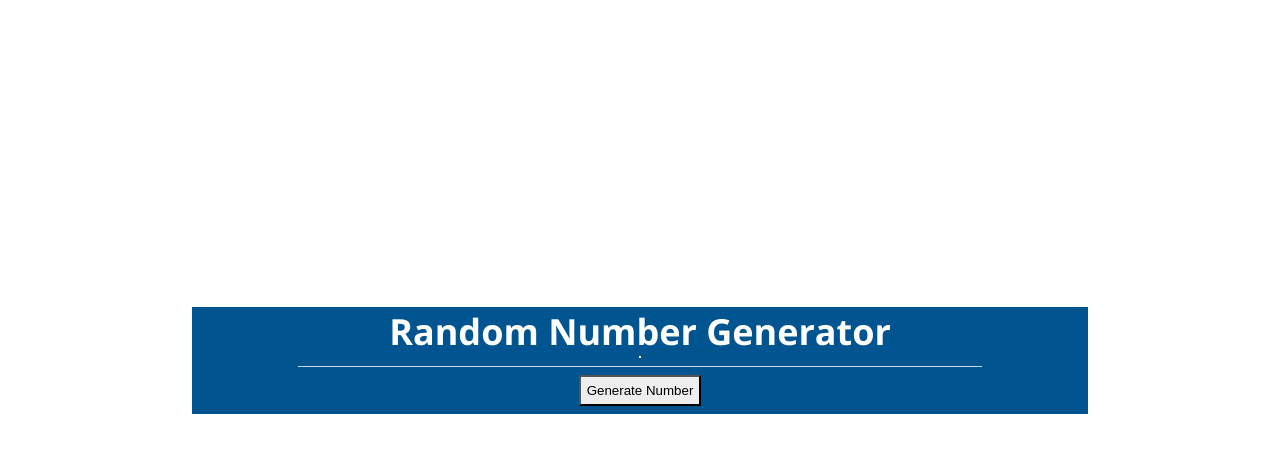
Repository: fakebrianho/100daysJS
Page: day002/index.html
The author's editor kept a copy of each file at every save. The page is drawn from the files as they stood at one save, then again after the next save.
The browser window is 1280 px wide. The pictures show the whole page.
Some web libraries are served in a nearby version.

Above is the page before, as saved 2023-03-21 19:36:43.

### day002/index.html
<!DOCTYPE html>
<html lang="en">

<head>
  <meta charset="UTF-8" />
  <meta name="viewport" content="width=device-width, initial-scale=1.0" />
  <title>Document</title>
  <script src="https://kit.fontawesome.com/1935d064dd.js" crossorigin="anonymous"></script>
  <link rel="stylesheet" href="styles.css" />
</head>

<body>
  <main>
    <section class='container'>
      <h1 class='title'>Random Number Generator</h1>
      <div class='number'>
      </div>
      <div class='divider'></div>
      <button class='generate'>Generate Number</button>
    </section>
  </main>

  <script src="script.js"></script>
</body>

</html>

### day002/styles.css
@import url('https://fonts.googleapis.com/css2?family=Open+Sans:wght@300;400;600;700&display=swap');

:root {
	--white: #fff;
	--black: #1c2b2d;
	--blue: #31326f;
	--light-blue: #005490;
	--color-primary: #9d0191;
	--color-sec: #db6400;
	--grey: #eee;
	--dark-grey: #222831;
}

* {
	margin: 0;
	padding: 0;
	box-sizing: border-box;
}

html {
	font-size: 24px;
}

body {
	font-family: 'Open Sans', sans-serif;
}

p {
	font-size: 1.6rem;
	line-height: 1.5;
}

img {
	width: 100%;
}

main {
	width: 100vw;
	height: 100vh;
	display: flex;
	justify-content: center;
	align-items: center;
	color: white;
}

.container {
	width: 70%;
	max-width: 900px;
	display: flex;
	justify-content: center;
	align-items: center;
	flex-direction: column;
	margin: 0 auto;
	padding: 0 20px;
	background-color: var(--light-blue);
}

.generate {
	background-color: var(--grey);
	color: black;
	padding: 6px;
	margin-bottom: 8px;
}

.number {
	box-sizing: border-box;
	/* border-color: white;
	border-style: solid;
	padding: 4px;
	border-radius: 3px; */
	border: 1px solid white;
	/* border: 2px; */
}

.divider {
	background-color: white;
	margin: 8px 0px;
	width: 80%;
	opacity: 80%;
	height: 1px;
}

### day002/script.js
const generate = () => {
	const rng = document.querySelector('.generate')
	const number = document.querySelector('.number')
	rng.addEventListener('click', () => {
		number.innerHTML = Math.floor(Math.random() * 100)
	})
}
generate()

After the next save:
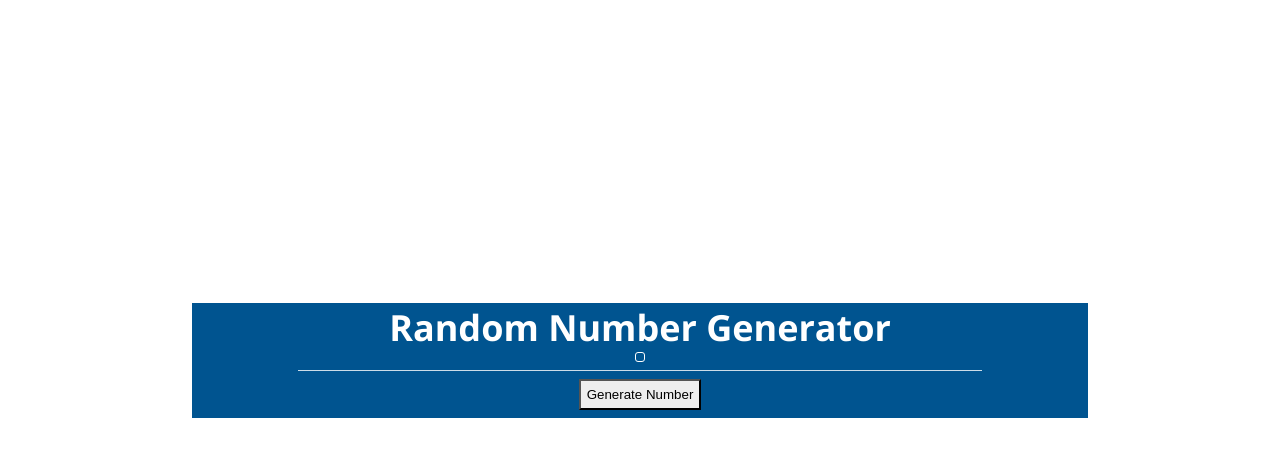
Saved 12 s later.
--- a/day002/styles.css
+++ b/day002/styles.css
@@ -64,10 +64,10 @@ main {
 
 .number {
 	box-sizing: border-box;
-	/* border-color: white;
-	border-style: solid;
+	/* border-color: white; */
+	/* border-style: solid; */
 	padding: 4px;
-	border-radius: 3px; */
+	border-radius: 3px;
 	border: 1px solid white;
 	/* border: 2px; */
 }
